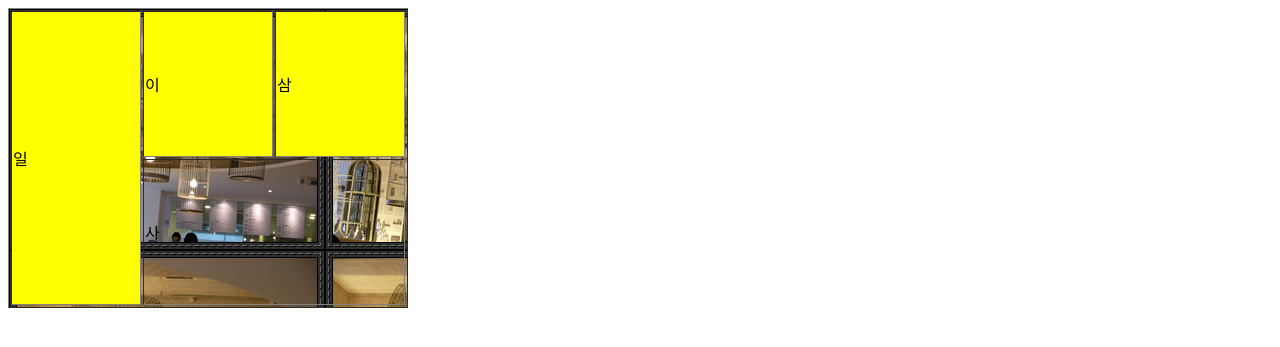
Repository: song-bean/Web_song
Page: 01_HTML/src/main/webapp/Ex10_table.html
An editor plug-in stored every save of this project. The page is shown before and after the next save, followed by the edit.
The browser window is 1280 px wide. The pictures show the whole page.

Above is the page before, as saved 2023-02-22 05:14:31.

### 01_HTML/src/main/webapp/Ex10_table.html
<!DOCTYPE html>
<html>
<head>
<meta charset="UTF-8">
<title>Ex10</title>
</head>
<body>
	<table border="1" width="400" height="300" background="images/cafe3.jpg">
		<tr bgcolor = "yellow">
			<td rowspan="2">일</td>
			<td>이</td>
			<td>삼</td>
		</tr>
		<tr >
			<td colspan="2">사</td>
		</tr>
	</table>
</body>
</html>

After the next save:
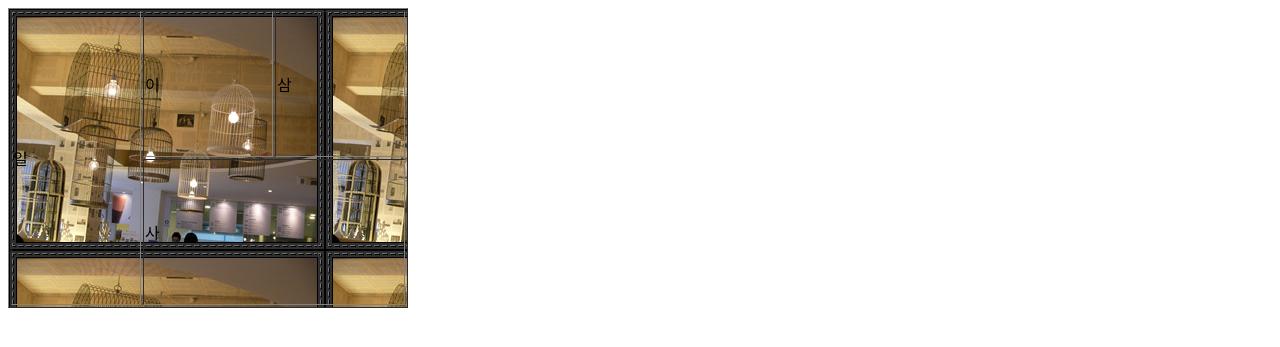
Saved 40 s later.
--- a/01_HTML/src/main/webapp/Ex10_table.html
+++ b/01_HTML/src/main/webapp/Ex10_table.html
@@ -6,7 +6,7 @@
 </head>
 <body>
 	<table border="1" width="400" height="300" background="images/cafe3.jpg">
-		<tr bgcolor = "yellow">
+		<tr >
 			<td rowspan="2">일</td>
 			<td>이</td>
 			<td>삼</td>

After the save that followed:
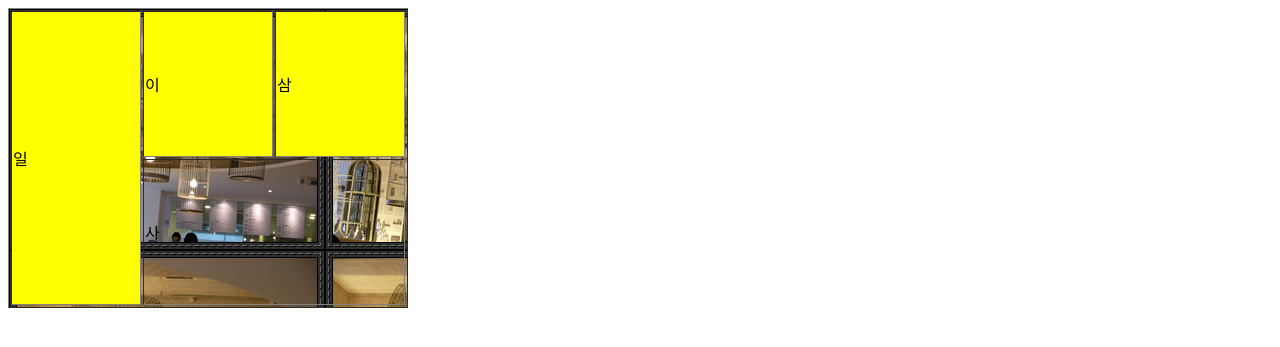
Saved 22 s later.
--- a/01_HTML/src/main/webapp/Ex10_table.html
+++ b/01_HTML/src/main/webapp/Ex10_table.html
@@ -6,7 +6,7 @@
 </head>
 <body>
 	<table border="1" width="400" height="300" background="images/cafe3.jpg">
-		<tr >
+		<tr bgcolor = "yellow">
 			<td rowspan="2">일</td>
 			<td>이</td>
 			<td>삼</td>
